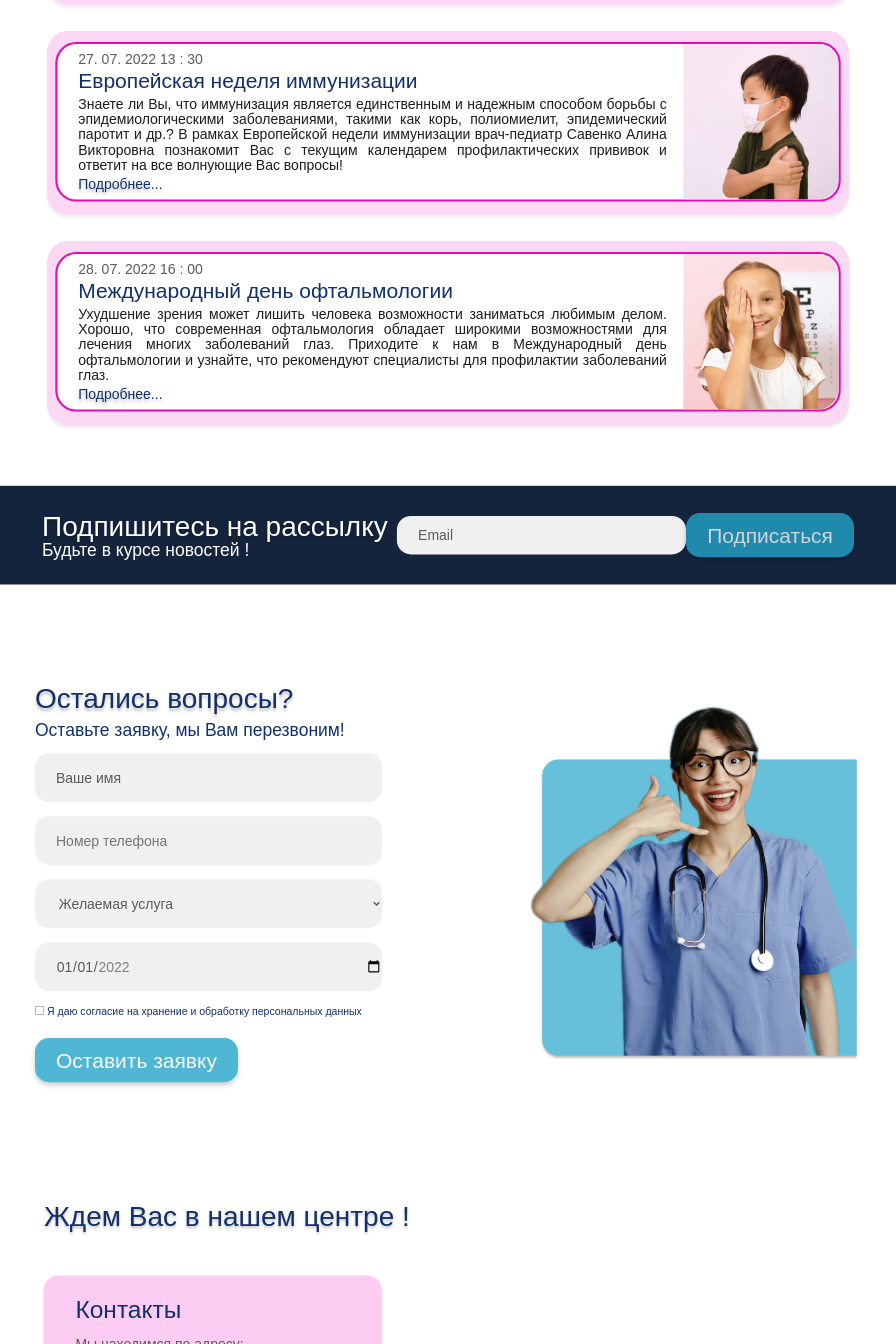
Repository: Normandy72/Landing-Page-Happy-Child
Page: index.html
An editor plug-in stored every save of this project. The page is shown before and after the next save, followed by the edit.
The browser window is 1280 px wide. The pictures show the part of the page from y = 4580 to 6500 px (the page is 7315 px tall), at 70% of full size.
Some web fonts or font styles are not loaded; a fallback is used.

Above is the page before, as saved 2022-11-13 00:29:59.

### index.html
<!DOCTYPE html>
<html lang="en">
<head>
    <meta charset="UTF-8">
    <meta http-equiv="X-UA-Compatible" content="IE=edge">
    <meta name="viewport" content="width=device-width, initial-scale=1.0">
    <link href="https://fonts.googleapis.com/css2?family=Neucha&display=swap" rel="stylesheet">
    <link href="https://fonts.googleapis.com/css2?family=Coustard:wght@400;900&display=swap" rel="stylesheet">
    <link rel="icon" href="resources/icon/stethoscope.ico" sizes="16x16">
    <link rel="icon" href="resources/icon/stethoscope.ico" sizes="32x32">
    <link rel="icon" href="resources/icon/stethoscope.ico" sizes="64x64">
    <link rel="stylesheet" href="styles/main.css">
    <title>Happy Child</title>
</head>

<body>
    <header>
        <div class="wrapper layout-3-columns">
            <a href="#main">
                <div class="header__logo"></div>
            </a>
            <nav class="header__navigation">
                <a class = "navigation__link" href="#main">Главная</a>
                <a class = "navigation__link" href="#service">Услуги</a>
                <a class = "navigation__link" href="#doctors">Врачи</a>
                <a class = "navigation__link" href="#news">Новости</a>
                <a class = "navigation__link" href="#appointment">Запись на прием</a>
                <a class = "navigation__link" href="#contacts">Контакты</a>
            </nav>
            <a href="tel: +375291030303">
                <div class="header__phone"></div>
            </a>
        </div>
    </header>

    <main>
        <section class="section__main">
            <div class="wrapper">
                <div class="main__text" id="main">
                    <div class="main__logo"></div>
                    <h1>Медицинский центр для детей</h1>
                    <h6>только актуальные рекомендации, основанные на доказательствах</h6>
                    <button class="button button_accented">Записаться на прием</button>
                </div>
            </div>
        </section>

        <section class="section__information wrapper">
            <div class="information__block block__phone">
                <div class="block__icon"></div>
                <h2>Контакты</h2>
                <h3>+375 29 103-03-03</h3>
                <h3>+375 17 103-03-03</h3>
            </div>
            <div class="information__block block__shedule" id="service">
                <div class="block__icon"></div>
                <h2>График работы</h2>
                <h3>Пн. - Пт. :    8:00 - 21:00</h3>
                <h3>Сб. - Вс. :    9:00 - 18:00</h3>
            </div>
        </section>

        <section class="section__services">
            <div class="wrapper">
                <h2 class="heading_dark">Наши услуги</h2>
                <div class="divider"></div>
                <div class="services__cards layout-3-columns">
                    <div class="services__card">
                        <img src="resources/img/services/pediatria.png" alt="pediatria">
                        <h4>Педиатрия</h4>
                    </div>

                    <div class="services__card">
                        <img src="resources/img/services/pulmo.png" alt="pulmo">
                        <h4>Пульмонология</h4>
                    </div>

                    <div class="services__card">
                        <img src="resources/img/services/cardio.png" alt="cardio">
                        <h4>Кардиология</h4>
                    </div>
                </div>

                <div class="services__cards layout-3-columns">
                    <div class="services__card">
                        <img src="resources/img/services/lor.png" alt="lor">
                        <h4>Оториноларингология</h4>
                    </div>

                    <div class="services__card">
                        <img src="resources/img/services/allergo.png" alt="allergo">
                        <h4>Аллергология</h4>
                    </div>

                    <div class="services__card">
                        <img src="resources/img/services/surgery.png" alt="surgery">
                        <h4>Хирургия</h4>
                    </div>
                </div>

                <div class="services__cards layout-3-columns">
                    <div class="services__card">
                        <img src="resources/img/services/neuro.png" alt="neuro">
                        <h4>Неврология</h4>
                    </div>

                    <div class="services__card">
                        <img src="resources/img/services/endocryn.png" alt="endocryn">
                        <h4>Эндокринология</h4>
                    </div>

                    <div class="services__card">
                        <img src="resources/img/services/ophtalm.png" alt="ophtalm">
                        <h4>Офтальмология</h4>
                    </div>
                </div>

                <div class="services__cards layout-3-columns">
                    <div class="services__card">
                        <img src="resources/img/services/vaccination.png" alt="vaccination">
                        <h4>Вакцинация</h4>
                    </div>

                    <div class="services__card">
                        <img src="resources/img/services/usd.png" alt="usd">
                        <h4>УЗ-диагностика</h4>
                    </div>

                    <div class="services__card">
                        <img src="resources/img/services/stayhome.png" alt="stayhome">
                        <h4>Вызов врача на дом</h4>
                    </div>
                </div>
            </div>
        </section>

        <section class="section__addition" id="doctors">
            <div class="wrapper addition__info layout-2-columns">
                <div class="addition__text">
                    <h2>Запишитесь на прием онлайн</h2>
                    <h5>Записаться на приём можно в любое время суток и без выходных</h5>
                </div>
                <button class="button button_standart">Записаться онлайн</button>
            </div>
        </section>

        <section class="wrapper section__chief layout-2-columns">
            <div class="chief__foto"></div>
            <div class="chief__text">
                <div class="text__lines">
                    <div class="lines__line"></div>
                    <p>“</p>
                    <div class="lines__line"></div>
                </div>
                <h5>Счастливый ребенок – это, прежде всего, ребенок здоровый, и только потом уже читающий
                и играющий на скрипке.</h5>
                <div class="text__lines">
                    <div class="lines__line"></div>
                    <p>”</p>
                    <div class="lines__line"></div>
                </div>
                <div class="chief__signature">
                    <h5>Главный врач клиники</h5>
                    <img class="chief__logo" src="resources/icon/HappyChild_small.svg" alt="logo"></img>
                </div>
                <h5>Самуилова Инна Абрамовна</h5>
            </div>
        </section>

        <section class="wrapper section__doctors">
            <h2>Познакомьтесь с нашими специалистами</h2>
            <h5>Мы гордимся тем, что являемся медицинским центром, где Ваши дети на первом месте!</h5>
            <h5>В кратчайшие сроки мы предоставляем медицинскую помощь высочайшего качества и индивидуальное лечение ведущими специалистами страны.</h5>
            <div class="doctors__arrows">
                <div class="arrow_left"></div>
                <div class="arrow_rigth"></div>
            </div>
            <div class="doctors__cards">
                <div class="doctors__card" id="news">
                    <img src="resources/img/doctors/ivanov1.png" alt="ivanov1">
                    <h5>Иванов Илья Денисович</h5>
                    <h6>Врач-оториноларинголог</h6>
                </div>

                <div class="doctors__card">
                    <img src="resources/img/doctors/stanina1.png" alt="stanina1">
                    <h5>Станина Александра Ивановна</h5>
                    <h6>Врач-офтальмолог</h6>
                </div>

                <div class="doctors__card">
                    <img src="resources/img/doctors/tkachenko1.png" alt="tkachenko1">
                    <h5>Ткаченко Антонина Львовна</h5>
                    <h6>Врач-невролог</h6>
                </div>

                <div class="doctors__card">
                    <img src="resources/img/doctors/savenko1.png" alt="savenko1">
                    <h5>Савенко Алина Викторовна</h5>
                    <h6>Врач-педиатр</h6>
                </div>

                <div class="doctors__card">
                    <img src="resources/img/doctors/krotov1.png" alt="krotov1">
                    <h5>Кротов Алексей Геннадьевич</h5>
                    <h6>Врач-хирург</h6>
                </div>

                <div class="doctors__card">
                    <img src="resources/img/doctors/karpovich1.png" alt="karpovich1">
                    <h5>Карпович Анна Игоревна</h5>
                    <h6>Врач-кардиолог</h6>
                </div>

                <div class="doctors__card">
                    <img src="resources/img/doctors/akulich1.png" alt="akulich1">
                    <h5>Акулич Олег Васильевич</h5>
                    <h6>Врач-эндокринолог</h6>
                </div>

                <div class="doctors__card">
                    <img src="resources/img/doctors/astapenko1.png" alt="astapenko1">
                    <h5>Астапенко Ирина Эдуардовна</h5>
                    <h6>Врач УЗ-диагностики</h6>
                </div>
            </div>
        </section>

        <section>
            <div class="wrapper section__news">
                <h2>Новости</h2>
                <div class="news__cards">
                    <div class="news__card layout-2-columns">
                        <div class="news-card__info">
                            <h6>25. 07. 2022   15 : 00</h6>
                            <h4>Всемирный день здоровья полости рта</h4>
                            <h6>Взрослея, организм ребенка испытывает множество изменений. В честь Всемирного дня здоровья полости рта наши стоматологи расскажут родителям и детям, как заботиться о зубах и деснах в разных возрастных периодах, какие средства использовать, чтобы смена молочных зубов прошла легко и безболезненно, и еще много-много полезного!</h6>
                            <a href="#">Подробнее...</a>
                        </div>
                        <img src="resources/img/news/news1.png" alt="news1">
                    </div>
                </div>

                <div class="news__cards">
                    <div class="news__card layout-2-columns">
                        <div class="news-card__info">
                            <h6>27. 07. 2022   13 : 30</h6>
                            <h4>Европейская неделя иммунизации</h4>
                            <h6>Знаете ли Вы, что иммунизация является единственным и надежным способом борьбы с эпидемиологическими заболеваниями, такими как корь, полиомиелит, эпидемический паротит и др.? В рамках Европейской недели иммунизации врач-педиатр Савенко Алина Викторовна познакомит Вас с текущим календарем профилактических прививок и ответит на все волнующие Вас вопросы! </h6>
                            <a href="#">Подробнее...</a>
                        </div>
                        <img src="resources/img/news/news2.png" alt="news1">
                    </div>
                </div>

                <div class="news__cards">
                    <div class="news__card layout-2-columns">
                        <div class="news-card__info">
                            <h6>28. 07. 2022    16 : 00</h6>
                            <h4>Международный день офтальмологии</h4>
                            <h6>Ухудшение зрения может лишить человека возможности заниматься любимым делом. Хорошо, что современная офтальмология обладает широкими возможностями для лечения многих заболеваний глаз.  Приходите к нам в Международный день офтальмологии и узнайте, что рекомендуют специалисты для профилактии заболеваний глаз.</h6>
                            <a href="#">Подробнее...</a>
                        </div>
                        <img src="resources/img/news/news3.png" alt="news1">
                    </div>
                </div>
            </div>
        </section>

        <section class="section__addition" id="appointment">
            <div class="wrapper addition__info layout-2-columns">
                <div class="addition__text">
                    <h2>Подпишитесь на рассылку</h2>
                    <h5>Будьте в курсе новостей !</h5>
                </div>
                <form class="addition__form">
                    <input class = "addition__input" type="text" value="Email">
                    <button class="button button_standart">Подписаться</button>
                </form>
            </div>
        </section>

        <section class="wrapper section__callback layout-2-columns">
            <div class="callback__form">
                <h2>Остались вопросы?</h2>
                <h5>Оставьте заявку, мы Вам перезвоним!</h5>
                <form action="">
                    <input class="callback__input" type="text" value="Ваше имя">
			        <input class="callback__input" type="tel" placeholder="Номер телефона" pattern="+375(29,17,33,44)[0-9]{3}-[0-9]{2}-[0-9]{2}" required>
			        <select class="callback__input" name="menu" size="1">
				        <option>Желаемая услуга</option>
				        <option value="ped">Педиатрия</option>
				        <option value="pulmo">Пульмонология</option>
				        <option value="cardio">Кардиология</option>
				        <option value="lor">Оториноларингология</option>
				        <option value="allergo">Аллергология</option>
				        <option value="surg">Хирургия</option>
				        <option value="neuro">Неврология</option>
				        <option value="endocryn">Эндокринология</option>
				        <option value="ophtalm">Офтальмология</option>
				        <option value="vaccin">Вакцинация</option>
				        <option value="usd">УЗ-диагностика</option>
				        <option value="stayhome">Вызов врача на дом</option>
			        </select>
			        <input class="callback__input" type="date" value="2022-01-01" min="2022-01-01" max="2022-12-31">
                    <label class="callback__checkbox">
                        <input type="checkbox">
                        Я даю согласие на хранение и обработку персональных данных
                    </label>
			        <button class="button button_standart">Оставить заявку</button>
                </form>
            </div>
            <div class="callback__photo"></div>
        </section>

        <section class="wrapper section__contacts" id="contacts">
            <h2>Ждем Вас в нашем центре !</h2>
            <div class="layout-2-columns">
                <div class="contacts__info">
                    <h3>Контакты</h3>
                    <h6>Мы находимся по адресу:</h6>
                    <h4>г. Минск, ул. Матусевича, 70</h4>
                    <h6>Связаться с нами:</h6>
                    <h4>+375 29 103-03-03</h4>
                    <h4>+375 17 103-03-03</h4>
                    <h6>Мы в социальных сетях:</h6>
                    <div class="contacts__social">
                        <a href="https://www.instagram.com/" target="_blank">
                            <img src="resources/icon/instagram.svg" alt="instagram">
                        </a>
                        <a href="https://telegram.org/" target="_blank">
                            <img src="resources/icon/telegram.svg" alt="telegram">
                        </a>
                        <a href="https://www.facebook.com/" target="_blank">
                            <img src="resources/icon/facebook.svg" alt="facebook">
                        </a>
                    </div>
                </div>
                <div class="contacts__map">
                    <iframe src="https://www.google.com/maps/embed?pb=!1m18!1m12!1m3!1d2349.762263760085!2d27.45258099084052!3d53.918200355636046!2m3!1f0!2f0!3f0!3m2!1i1024!2i768!4f13.1!3m3!1m2!1s0x46dbc52f35b245d3%3A0x98f1d72de22c93c4!2z0YPQu9C40YbQsCDQnNCw0YLRg9GB0LXQstC40YfQsCA3MCwg0JzQuNC90YHQug!5e0!3m2!1sru!2sby!4v1668282275086!5m2!1sru!2sby" width="700" height="400" style="border:0;" allowfullscreen="" loading="lazy" referrerpolicy="no-referrer-when-downgrade"></iframe>
                </div>
            </div>
        </section>
    </main>

    <footer>
        <div class="wrapper">
            <h6>ООО “HappyChild” © 2022</h6>
            <a href="#" target="_blank">Политика конфиденциальности</a>
        </div>
    </footer>

    <!-- Modal window -->
    <div class="wrapper modal__window hide">
        <div class="callback__form">
            <h5>Оставьте заявку, мы Вам перезвоним!</h5>
            <form action="">
                <input class="callback__input" type="text" value="Ваше имя">
                <input class="callback__input" type="tel" placeholder="Номер телефона" pattern="+375(29,17,33,44)[0-9]{3}-[0-9]{2}-[0-9]{2}" required>
                <select class="callback__input" name="menu" size="1">
                    <option>Желаемая услуга</option>
                    <option value="ped">Педиатрия</option>
                    <option value="pulmo">Пульмонология</option>
                    <option value="cardio">Кардиология</option>
                    <option value="lor">Оториноларингология</option>
                    <option value="allergo">Аллергология</option>
                    <option value="surg">Хирургия</option>
                    <option value="neuro">Неврология</option>
                    <option value="endocryn">Эндокринология</option>
                    <option value="ophtalm">Офтальмология</option>
                    <option value="vaccin">Вакцинация</option>
                    <option value="usd">УЗ-диагностика</option>
                    <option value="stayhome">Вызов врача на дом</option>
                </select>
                <input class="callback__input" type="date" value="2022-01-01" min="2022-01-01" max="2022-12-31">
                <label class="callback__checkbox">
                    <input type="checkbox">
                    Я даю согласие на хранение и обработку персональных данных
                </label>
                <button class="button button_standart">Оставить заявку</button>
            </form>
        </div>
    </div>

</body>
</html>

### styles/main.css
@import url(base.css);
@import url(buttons.css);
@import url(footer.css);
@import url(forms.css);
@import url(header.css);
@import url(headings.css);
@import url(layouts.css);
@import url(links.css);
@import url(modal_window.css);
@import url(section_addition.css);
@import url(section_callback.css);
@import url(section_chief.css);
@import url(section_contacts.css);
@import url(section_doctors.css);
@import url(section_information.css);
@import url(section_main.css);
@import url(section_news.css);
@import url(section_services.css);
@import url(variables.css);

### styles/base.css
*{
    margin: 0;
    padding: 0;
    box-sizing: border-box;
}

html{
    scroll-behavior: smooth;
}

body{
    font-family: var(--main-font);
    color: var(--text-dark-color);
}

.wrapper{
    max-width: 1180px;
    min-width: 480px;
    padding: 0 1%;
    margin: auto;
}

.divider{
    width: 100%;
}

### styles/footer.css
footer{
    width: 100%;
    background-color: var(--footer-color);
    padding: 10px 0;
}

footer h6{
    display: inline;
    color: var(--text-ligth-color);
    padding-right: 40px;
}

### styles/layouts.css
.layout-3-columns{
    display: flex;
    align-items: center;
    justify-content: space-between;
    flex-wrap: wrap;
    flex-basis: 33%;
}

.layout-2-columns{
    display: flex;
    align-items: center;
    justify-content: space-between;
    flex-wrap: wrap;
    flex-basis: 45%;
}

### styles/links.css
a{
    text-decoration: none;
    color: var(--main-links-color);
    text-shadow: var(--shadow);
    font-size: var(--main-links-font-size);
}

a:hover{
    cursor: pointer;
    color: var(--main-links-hover-color);
    transition: var(--transition);
}

.news__card a{
    color: var(--second-link-color);
    font-size: var(--second-links-font-size);
}

.news__card a:hover{
    color: var(--second-link-hover-color);
}

footer a{
    font-size: var(--second-links-font-size);
}

footer a:hover{
    color: var(--second-link-hover-color);
}

### styles/modal_window.css
.modal__window{
    width: 58%;
    margin: auto;
    padding: 50px;
    display: flex;
    justify-content: center;
}

.hide{
    display: none;
}

.show{
    display: flex;
}

### styles/section_addition.css
.section__addition{
    color: var(--text-ligth-color);
    background-color: var(--added-blocks-color);
}

.addition__info{
    padding: 36px 10px;
}

### styles/section_callback.css
.section__callback{
    padding: 142px 0 170px;
}

.callback__form h2{
    padding-bottom: 10px;
}

.callback__form h5{
    padding-bottom: 20px;
}

.callback__photo{
    width: 472.32px;
    height: 507.09px;
    background-image: url(../resources/img/doctor_call.png);
    background-size: contain;
    background-repeat: no-repeat;
}

### styles/variables.css
:root{
    /* fonts */
    --main-font: 'Neucha', Arial, cursive;
    --second-font:'Coustard', Arial;


    /* font sizes */
    --h1-font-size: 45px;
    --h2-font-size: 40px;
    --h3-font-size: 35px;
    --h4-font-size: 30px;
    --h5-font-size: 25px;
    --h6-font-size: 20px;

    --main-links-font-size: 25px;
    --second-links-font-size: 20px;
    --buttons-font-size: 30px;
    --input-font-size: 20px;


    /* colors */
    --header-color: rgba(35, 164, 201, 0.9);
    --added-blocks-color: #14243D;
    --cards-color: white;
    --cards-border-color:#CECECE;
    --footer-color: #14243D;

    --main-links-color:  #FFFFFF;
    --main-links-hover-color: #12306A;
    --second-link-color: #12306A;
    --second-link-hover-color:#AB106F;

    --text-dark-color:#12306A;
    --text-ligth-color:#FFFFFF;

    --buttons-text-color: #FFFFFF;
    --accented-button-color: hsl(313, 94%, 45%);
    --standart-button-color:rgba(35, 164, 201);

    --input-bg-color: #F0F0F0;
    --input-text-color:#5B5B5B;
    --input-focus-color: rgba(35, 164, 201);


    /* other */
    --shadow: 0px 4px 4px rgba(0, 0, 0, 0.25);
    --transition: all .3s ease-out;
    --transform: scale(1.2);
    --duration: 0.5s;
}

Loaded but not shown: styles/section_doctors.css (65 lines, source omitted); styles/section_chief.css (64 lines, source omitted); styles/section_news.css (55 lines, source omitted); styles/forms.css (51 lines, source omitted); styles/section_information.css (44 lines, source omitted); styles/header.css (42 lines, source omitted); styles/section_services.css (37 lines, source omitted); styles/section_contacts.css (46 lines, source omitted); styles/headings.css (42 lines, source omitted); styles/section_main.css (33 lines, source omitted); styles/buttons.css (30 lines, source omitted)

After the next save:
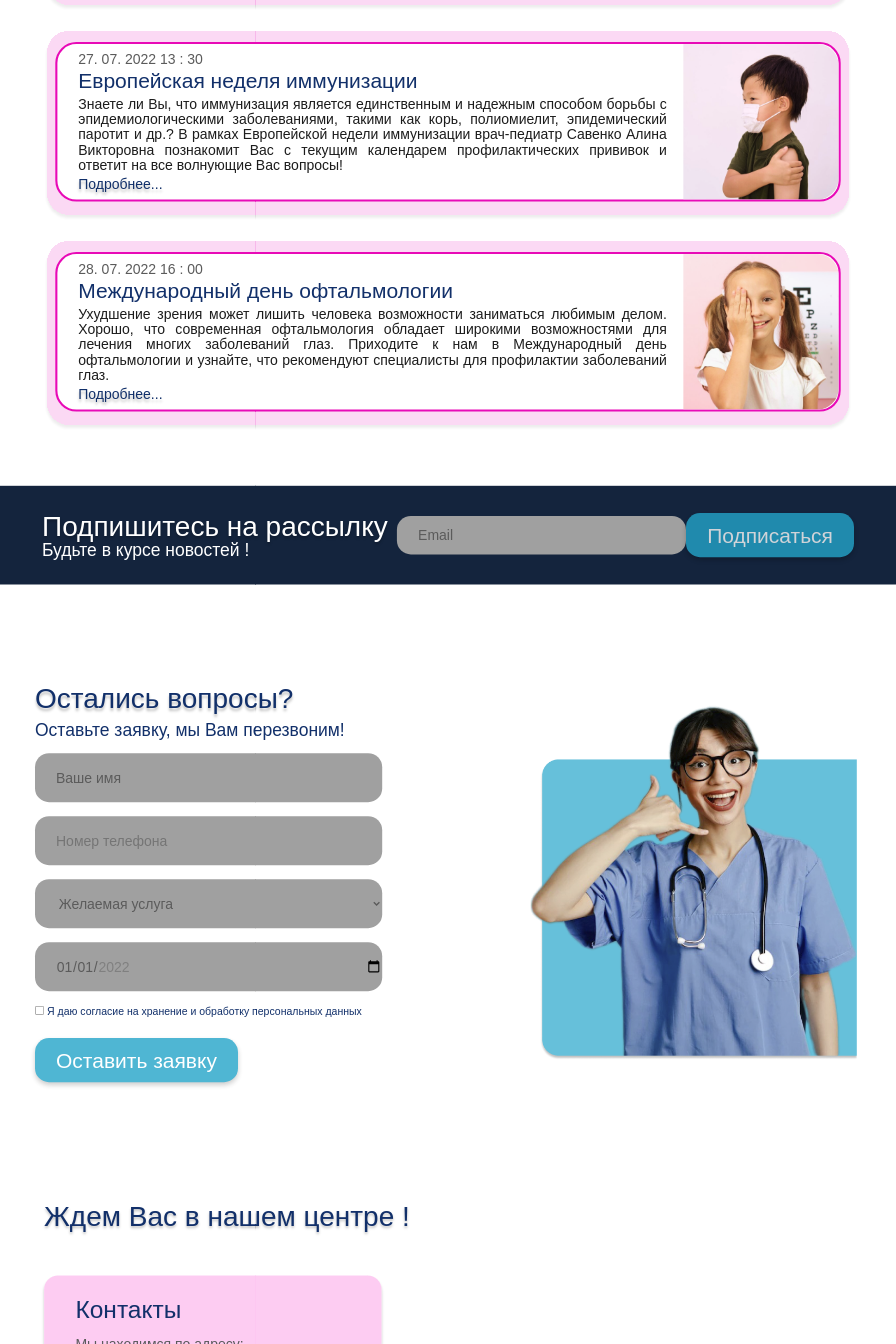
Saved 22 days later.
--- a/styles/variables.css
+++ b/styles/variables.css
@@ -37,7 +37,7 @@
     --accented-button-color: hsl(313, 94%, 45%);
     --standart-button-color:rgba(35, 164, 201);
 
-    --input-bg-color: #F0F0F0;
+    --input-bg-color: #a0a0a0;
     --input-text-color:#5B5B5B;
     --input-focus-color: rgba(35, 164, 201);
 
